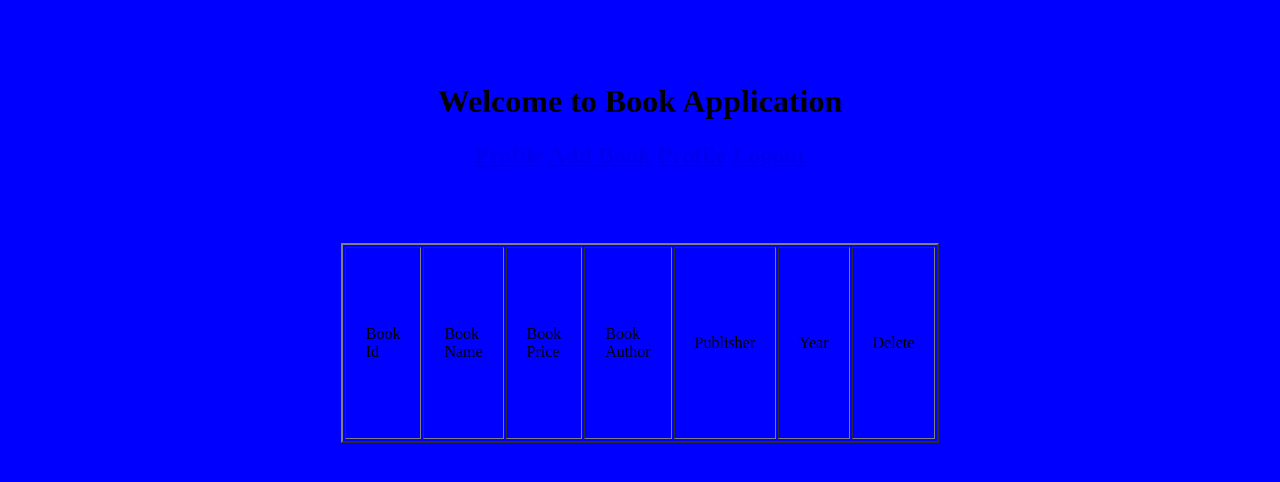
Repository: Alphavhiskey/Java
Page: http://localhost/bookApplication/view_book.jsp
The author's editor kept a copy of each file at every save. The page is drawn from the files as they stood at one save, then again after the next save.
The browser window is 1280 px wide. The pictures show the whole page.
The page is served by Tomcat 9. Queries for data that is not in the repository find no rows.

Above is the page before, as saved 2023-01-20 08:55:25.

After the next save:
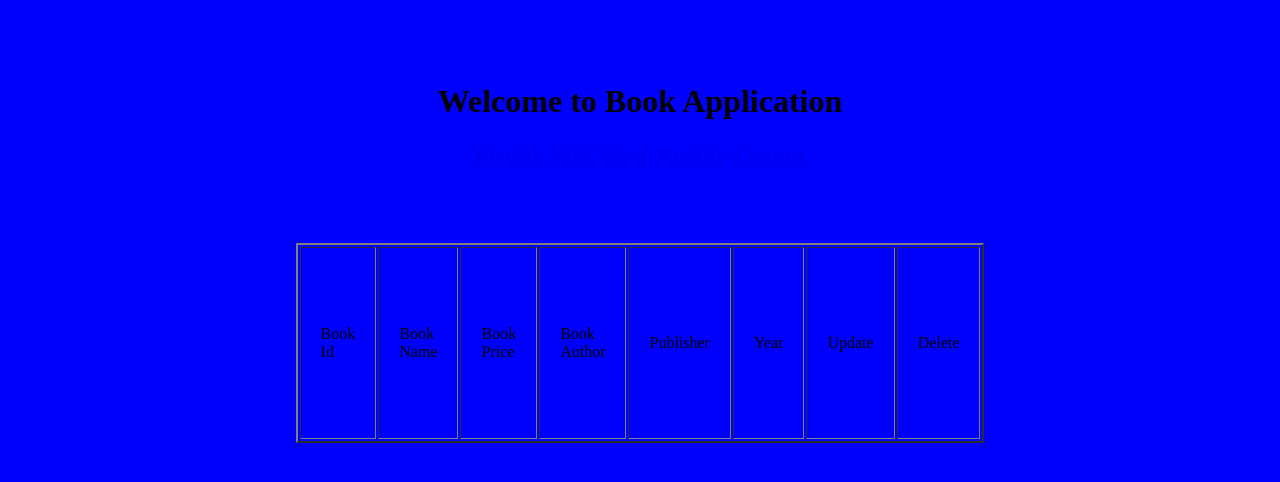
Saved 3 s later.
--- a/eclipse-workspace/bookApplication/src/main/webapp/view_book.jsp
+++ b/eclipse-workspace/bookApplication/src/main/webapp/view_book.jsp
@@ -16,7 +16,7 @@
 <table border="2" width="400" height="200" cellpadding="20" align="center">
 
 <tr>
-<td> Book Id</td><td> Book Name</td><td> Book Price</td><td> Book Author</td><td> Publisher</td><td> Year</td><td> Delete</td>
+<td> Book Id</td><td> Book Name</td><td> Book Price</td><td> Book Author</td><td> Publisher</td><td> Year</td><td> Update</td><td> Delete</td>
 </tr>
 <%@page import="java.sql.*"%>
 <%@page import="com.ex.*"%>
@@ -29,6 +29,7 @@ while(rs.next()){
 <tr>
 <td><%=rs.getInt(1)%></td><td><%=rs.getString(2)%></td><td><%=rs.getInt(3)%></td>
 <td><%=rs.getString(4)%></td><td><%=rs.getString(5)%></td><td><%=rs.getString(6)%></td>
+<td><a href="update.jsp?id"> Update</a></td>
 <td><a href="delete.jsp?id"> Delete</a></td>
 </tr>
 
